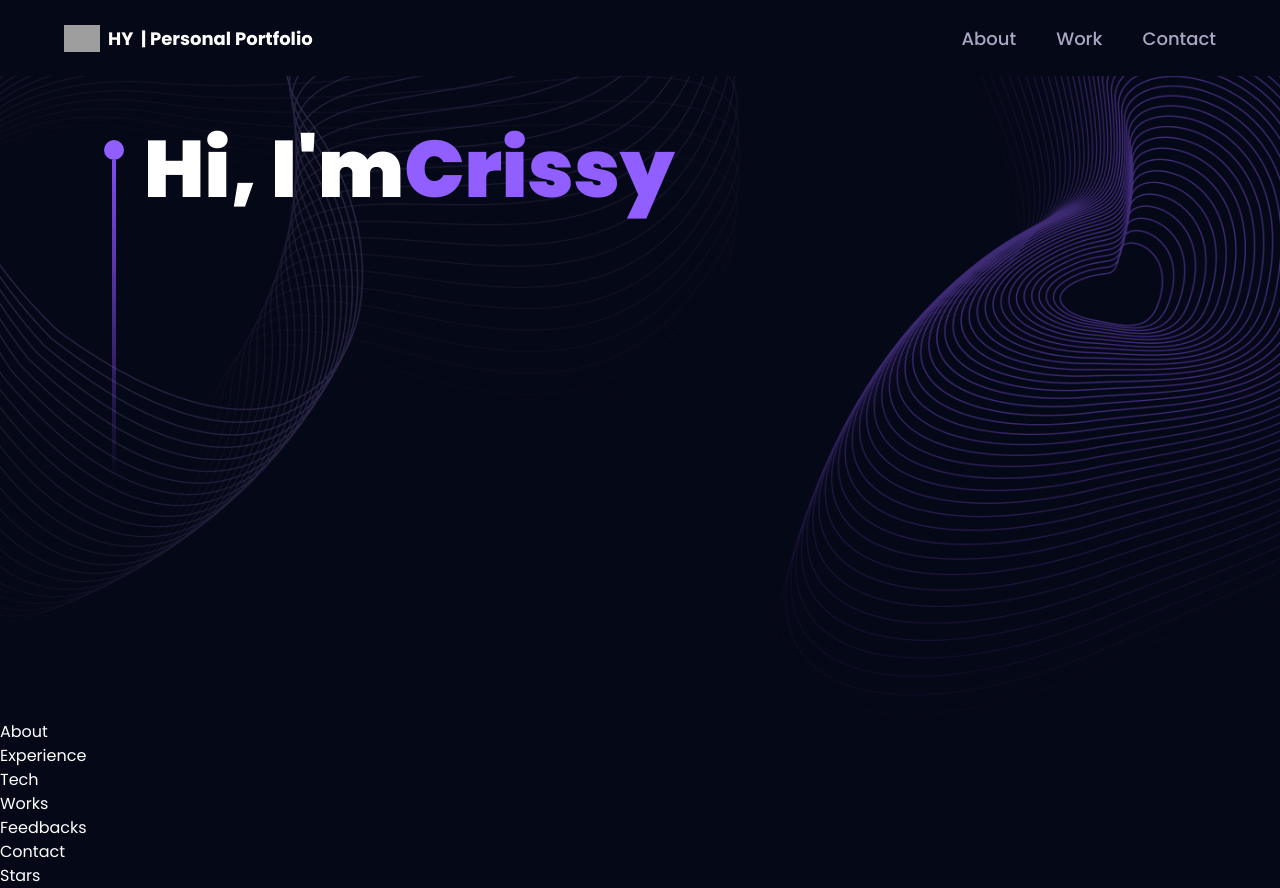
Repository: huiyyee/3d_portfolio
Page: /
These files come from the project's save history. The page is drawn as it stood at one moment and after the next save; the edit follows.
The browser window is 1280 px wide. The pictures show the whole page.
Pictures or frames that could not be fetched are drawn as grey boxes. The project was rebuilt for these pictures with package versions that can differ from the ones it lists, and the page was loaded fresh each time. Also part of the build but not shown: vite.config.js, src/components/canvas/Earth.jsx, src/components/canvas/Ball.jsx, src/components/canvas/Computers.jsx.

Above is the page before, as saved 2024-10-10 23:32:35.

### index.html
<!doctype html>
<html lang="en">
  <head>
    <meta charset="UTF-8" />
    <link rel="icon" type="image/svg+xml" href="/vite.svg" />
    <meta name="viewport" content="width=device-width, initial-scale=1.0" />
    <title>HY | Portfolio</title>
  </head>
  <body>
    <div id="root"></div>
    <script type="module" src="/src/main.jsx"></script>
  </body>
</html>

### src/App.jsx
import { BrowserRouter } from "react-router-dom" //used for routing
import { About, Contact, Experience, Feedbacks,
  Hero, Navbar, Tech, Works, StarsCanvas } from './components';

const App = () => {
  return (
    <BrowserRouter>
      <div className="relative z-0 bg-primary">
        <div className="bg-hero-pattern bg-cover bg-no-repeat bg-center">
          <Navbar/>
          <Hero/>
        </div>
        <About/>
        <Experience/>
        <Tech/>
        <Works/>
        <Feedbacks/>
        <div className="relative z-0">
          <Contact/>
          <StarsCanvas />
        </div>
      </div>
    </BrowserRouter>

  )
}

export default App

### src/components/Hero.jsx
import { motion } from 'framer-motion';
import { styles } from './styles'
import { ComputersCanvas } from './canvas';

const Hero = () => {
  return (
    <section className='relative w-full h-screen mx-auto pt-[120px]'>
      <div className={`${styles.paddingX}absolute
      inset-0 top-[120px] max-w-7xl mx-10 flex flex-row items-start gap-5`}>
        <div className="flex flex-col
        justify-center items-center mt-5">
          <div className="w-5 h-5 rounded-full bg-[#915eff]"/>
          <div className='w-1 sm:h-80 h-40 violet-gradient'/>
        </div>
      <div>
        <h1 className={`${styles.heroHeadText}text-white`}>Hi, I'm
        <span className='text-[#915eff]'>Crissy
          </span></h1>
      </div>
      </div>
    </section >
  )
}

export default Hero

### src/components/Navbar.jsx
import React, { useEffect, useState} from 'react'
import { Link } from 'react-router-dom'//use to navigate to other parts of the pages
import { styles } from './styles';
import { navLinks } from '../constants';
import { logo, menu, close} from '../assets';

const Navbar = () => {
  const [active,setActive] = useState('');
  const [toggle,setToggle] = useState(false)
  return (
    <nav
      className={`${styles.paddingX} w-full flex
      items-center py-5 fixed top-0 z-20 bg-primary`}
    >
      <div className="w-full flex
      justify-between items-center max-w-7xl mx-auto">
        <Link
          to = "/"
          className="flex items-center gap-2"
          onClick={() => {
            setActive("");
            window.scrollTo(0, 0);
          }}
        >
          <img src={logo} alt="Logo" className="w-9 h-9 object-contain"
            style={{ maxWidth: '150px', maxHeight: '150px' }}

          />
          <p className="text-white text-[18px]
          font-bold cursor-pointe flex">HY &nbsp; <span className="sm:block hidden">
            | Personal Portfolio</span> </p>
        </Link>
        <ul className="list-none hidden sm:flex
        flex-row gap-10">
          {navLinks.map((Link)=>(
          <li
            key={Link.id}
            className={`${
              active === Link.title
                ? "text-white"
                : "text-secondary"
            }
            text-gray-500
            hover:text-white text-[18px]
            font-medium cursor-pointer`}
            onClick={() => setActive(Link.title)}
          >
            <a href={`#${Link.id}`}>{Link.title}</a>
          </li>

          ))}
        </ul>
        <div className="sm:hidden flex flex-1 justify-end items-center"
        >
          <img src={toggle ? close: menu}
          alt="menu"
          className="w-[28px] h-[28px] object-contain cursor-pointer"
          onClick={()=> setToggle(!toggle)}
          />

          <div className={`${!toggle? 'hidden':'flex'} p-6 black-gradient absolute
          top-20 right-0 mx-4 my-2 min-w[140px] z-10 rounded-xl`}>
          <ul className="list-none flex justify-end items-start flex-col gap-4">
            {navLinks.map((Link)=>(
            <li
              key={Link.id}
              className={`${
                active === Link.title
                  ? "text-white"
                  : "text-secondary"
              }font-poppins font-medium cursor-pointer text-[16px]`}
              onClick={() => {
                setToggle(!toggle)
                setActive(Link.title)
              }}>
              <a href={`#${Link.id}`}>{Link.title}</a>
            </li>
            ))}
        </ul>
            </div>
        </div>

      </div>
    </nav>
  )
}

export default Navbar

### src/components/styles.js
const styles = {
    paddingX: "sm:px-16 px-6",
    paddingY: "sm:py-16 py-6",
    padding: "sm:px-16 px-6 sm:py-16 py-10",

    heroHeadText:
        "font-black text-white lg:text-[80px] sm:text-[60px] xs:text-[50px] text-[40px] lg:leading-[98px] mt-2",
    heroSubText:
        "text-[#dfd9ff] font-medium lg:text-[30px] sm:text-[26px] xs:text-[20px] text-[16px] lg:leading-[40px]",

    sectionHeadText:
        "text-white font-black md:text-[60px] sm:text-[50px] xs:text-[40px] text-[30px]",
    sectionSubText:
        "sm:text-[18px] text-[14px] text-secondary uppercase tracking-wider",
    };

export { styles };

### src/constants/index.js
import {
    mobile,
    backend,
    creator,
    web,
    javascript,
    typescript,
    html,
    css,
    reactjs,
    redux,
    tailwind,
    nodejs,
    mongodb,
    git,
    figma,
    docker,
    meta,
    starbucks,
    tesla,
    shopify,
    carrent,
    jobit,
    tripguide,
    threejs,
  } from "../assets";

  export const navLinks = [
    {
      id: "about",
      title: "About",
    },
    {
      id: "work",
      title: "Work",
    },
    {
      id: "contact",
      title: "Contact",
    },
  ];

  const services = [
    {
      title: "Web Developer",
      icon: web,
    },
    {
      title: "React Native Developer",
      icon: mobile,
    },
    {
      title: "Backend Developer",
      icon: backend,
    },
    {
      title: "Content Creator",
      icon: creator,
    },
  ];

  const technologies = [
    {
      name: "HTML 5",
      icon: html,
    },
    {
      name: "CSS 3",
      icon: css,
    },
    {
      name: "JavaScript",
      icon: javascript,
    },
    {
      name: "TypeScript",
      icon: typescript,
    },
    {
      name: "React JS",
      icon: reactjs,
    },
    {
      name: "Redux Toolkit",
      icon: redux,
    },
    {
      name: "Tailwind CSS",
      icon: tailwind,
    },
    {
      name: "Node JS",
      icon: nodejs,
    },
    {
      name: "MongoDB",
      icon: mongodb,
    },
    {
      name: "Three JS",
      icon: threejs,
    },
    {
      name: "git",
      icon: git,
    },
    {
      name: "figma",
      icon: figma,
    },
    {
      name: "docker",
      icon: docker,
    },
  ];

  const experiences = [
    {
      title: "React.js Developer",
      company_name: "Starbucks",
      icon: starbucks,
      iconBg: "#383E56",
      date: "March 2020 - April 2021",
      points: [
        "Developing and maintaining web applications using React.js and other related technologies.",
        "Collaborating with cross-functional teams including designers, product managers, and other developers to create high-quality products.",
        "Implementing responsive design and ensuring cross-browser compatibility.",
        "Participating in code reviews and providing constructive feedback to other developers.",
      ],
    },
    {
      title: "React Native Developer",
      company_name: "Tesla",
      icon: tesla,
      iconBg: "#E6DEDD",
      date: "Jan 2021 - Feb 2022",
      points: [
        "Developing and maintaining web applications using React.js and other related technologies.",
        "Collaborating with cross-functional teams including designers, product managers, and other developers to create high-quality products.",
        "Implementing responsive design and ensuring cross-browser compatibility.",
        "Participating in code reviews and providing constructive feedback to other developers.",
      ],
    },
    {
      title: "Web Developer",
      company_name: "Shopify",
      icon: shopify,
      iconBg: "#383E56",
      date: "Jan 2022 - Jan 2023",
      points: [
        "Developing and maintaining web applications using React.js and other related technologies.",
        "Collaborating with cross-functional teams including designers, product managers, and other developers to create high-quality products.",
        "Implementing responsive design and ensuring cross-browser compatibility.",
        "Participating in code reviews and providing constructive feedback to other developers.",
      ],
    },
    {
      title: "Full stack Developer",
      company_name: "Meta",
      icon: meta,
      iconBg: "#E6DEDD",
      date: "Jan 2023 - Present",
      points: [
        "Developing and maintaining web applications using React.js and other related technologies.",
        "Collaborating with cross-functional teams including designers, product managers, and other developers to create high-quality products.",
        "Implementing responsive design and ensuring cross-browser compatibility.",
        "Participating in code reviews and providing constructive feedback to other developers.",
      ],
    },
  ];

  const testimonials = [
    {
      testimonial:
        "I thought it was impossible to make a website as beautiful as our product, but Rick proved me wrong.",
      name: "Sara Lee",
      designation: "CFO",
      company: "Acme Co",
      image: "https://randomuser.me/api/portraits/women/4.jpg",
    },
    {
      testimonial:
        "I've never met a web developer who truly cares about their clients' success like Rick does.",
      name: "Chris Brown",
      designation: "COO",
      company: "DEF Corp",
      image: "https://randomuser.me/api/portraits/men/5.jpg",
    },
    {
      testimonial:
        "After Rick optimized our website, our traffic increased by 50%. We can't thank them enough!",
      name: "Lisa Wang",
      designation: "CTO",
      company: "456 Enterprises",
      image: "https://randomuser.me/api/portraits/women/6.jpg",
    },
  ];

  const projects = [
    {
      name: "Car Rent",
      description:
        "Web-based platform that allows users to search, book, and manage car rentals from various providers, providing a convenient and efficient solution for transportation needs.",
      tags: [
        {
          name: "react",
          color: "blue-text-gradient",
        },
        {
          name: "mongodb",
          color: "green-text-gradient",
        },
        {
          name: "tailwind",
          color: "pink-text-gradient",
        },
      ],
      image: carrent,
      source_code_link: "https://github.com/",
    },
    {
      name: "Job IT",
      description:
        "Web application that enables users to search for job openings, view estimated salary ranges for positions, and locate available jobs based on their current location.",
      tags: [
        {
          name: "react",
          color: "blue-text-gradient",
        },
        {
          name: "restapi",
          color: "green-text-gradient",
        },
        {
          name: "scss",
          color: "pink-text-gradient",
        },
      ],
      image: jobit,
      source_code_link: "https://github.com/",
    },
    {
      name: "Trip Guide",
      description:
        "A comprehensive travel booking platform that allows users to book flights, hotels, and rental cars, and offers curated recommendations for popular destinations.",
      tags: [
        {
          name: "nextjs",
          color: "blue-text-gradient",
        },
        {
          name: "supabase",
          color: "green-text-gradient",
        },
        {
          name: "css",
          color: "pink-text-gradient",
        },
      ],
      image: tripguide,
      source_code_link: "https://github.com/",
    },
  ];

  export { services, technologies, experiences, testimonials, projects };

### src/assets/index.js
import logo from "/Users/huiyee/Downloads/9-high-resolution-logo.png";
import backend from "./backend.png";
import creator from "./creator.png";
import mobile from "./mobile.png";
import web from "./web.png";
import github from "./github.png";
import menu from "./menu.svg";
import close from "./close.svg";

import css from "./tech/css.png";
import docker from "./tech/docker.png";
import figma from "./tech/figma.png";
import git from "./tech/git.png";
import html from "./tech/html.png";
import javascript from "./tech/javascript.png";
import mongodb from "./tech/mongodb.png";
import nodejs from "./tech/nodejs.png";
import reactjs from "./tech/reactjs.png";
import redux from "./tech/redux.png";
import tailwind from "./tech/tailwind.png";
import typescript from "./tech/typescript.png";
import threejs from "./tech/threejs.svg";

import meta from "./company/meta.png";
import shopify from "./company/shopify.png";
import starbucks from "./company/starbucks.png";
import tesla from "./company/tesla.png";

import carrent from "./carrent.png";
import jobit from "./jobit.png";
import tripguide from "./tripguide.png";

export {
  logo,
  backend,
  creator,
  mobile,
  web,
  github,
  menu,
  close,
  css,
  docker,
  figma,
  git,
  html,
  javascript,
  mongodb,
  nodejs,
  reactjs,
  redux,
  tailwind,
  typescript,
  threejs,
  meta,
  shopify,
  starbucks,
  tesla,
  carrent,
  jobit,
  tripguide,
};

Loaded but not shown: src/main.jsx (common file); src/index.css (common file); src/components/index.js (common file); src/components/canvas/index.js (common file); src/components/About.jsx (common file); src/components/Tech.jsx (common file); src/components/Experience.jsx (common file); src/components/Works.jsx (common file); src/components/Feedbacks.jsx (common file); src/components/Contact.jsx (common file); src/components/canvas/Stars.jsx (common file); tailwind.config.js (common file)

After the next save:
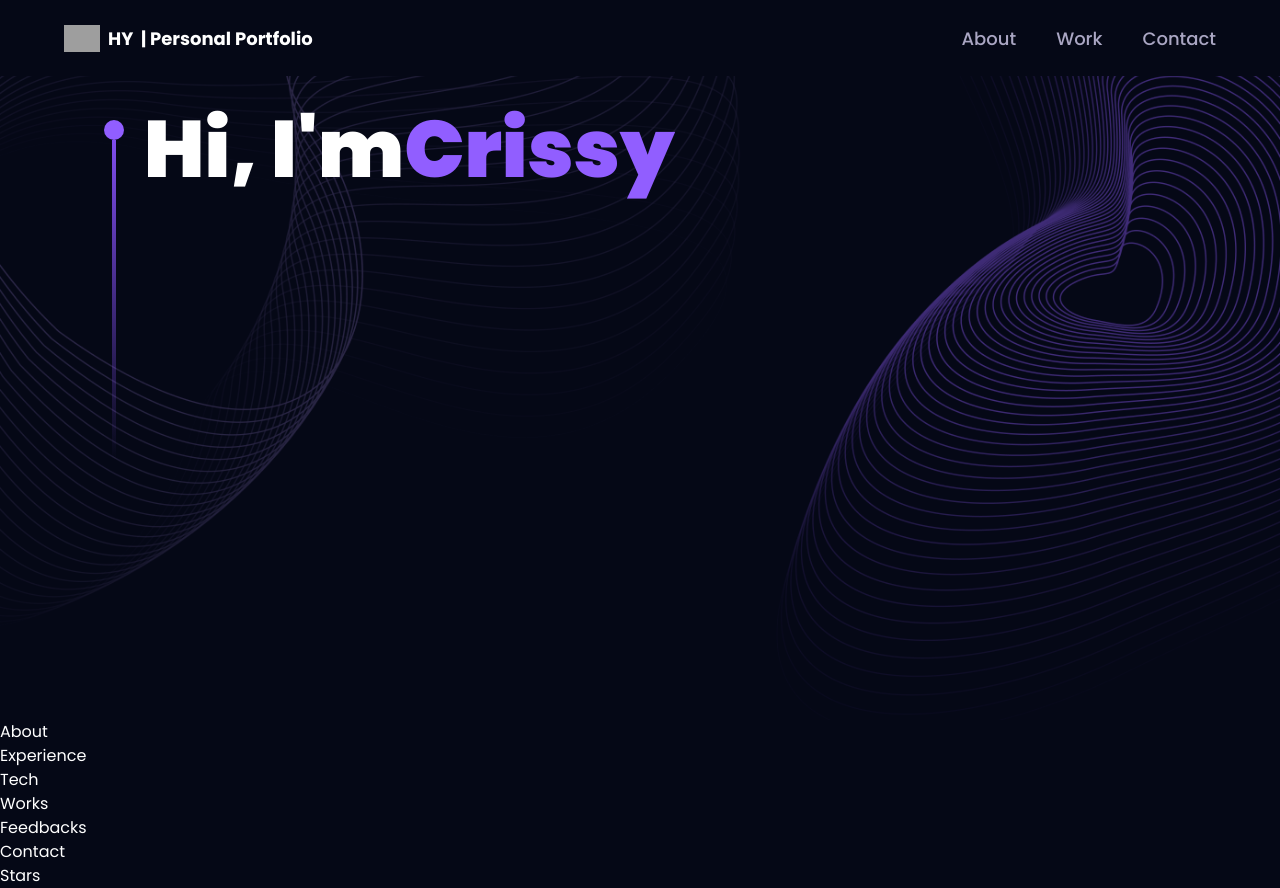
Saved 42 s later.
--- a/src/components/Hero.jsx
+++ b/src/components/Hero.jsx
@@ -4,7 +4,7 @@ import { ComputersCanvas } from './canvas';
 
 const Hero = () => {
   return (
-    <section className='relative w-full h-screen mx-auto pt-[120px]'>
+    <section className='relative w-full h-screen mx-auto pt-[100px]'>
       <div className={`${styles.paddingX}absolute
       inset-0 top-[120px] max-w-7xl mx-10 flex flex-row items-start gap-5`}>
         <div className="flex flex-col
